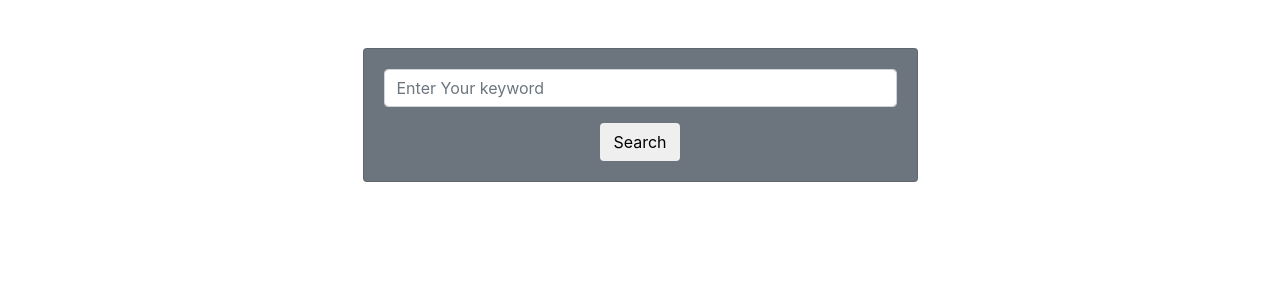
Repository: priyaadya/spring-practice-codes
Page: http://localhost/SearchPageMvc/home
An editor plug-in stored every save of this project. The page is shown before and after the next save, followed by the edit.
The browser window is 1280 px wide. The pictures show the whole page.
Some web libraries are served in a nearby version. The page is served by Tomcat 9.

Above is the page before, as saved 2023-06-04 18:18:00.

### SearchPageMvc/src/main/webapp/WEB-INF/spring-servlet.xml
<?xml version="1.0" encoding="UTF-8"?>
<beans xmlns="http://www.springframework.org/schema/beans"
       xmlns:xsi="http://www.w3.org/2001/XMLSchema-instance"
       xmlns:p="http://www.springframework.org/schema/p"
       xmlns:context="http://www.springframework.org/schema/context"
       xsi:schemaLocation="http://www.springframework.org/schema/beans
            http://www.springframework.org/schema/beans/spring-beans.xsd
            http://www.springframework.org/schema/context
            http://www.springframework.org/schema/context/spring-context-3.0.xsd">



            <context:component-scan base-package="SearchPageMvc"></context:component-scan>

            <bean class="org.springframework.web.servlet.view.InternalResourceViewResolver" name="viewResolver">
            <property name="prefix" value="/WEB-INF/views/"></property>
            <property name="suffix" value=".jsp"></property>
            </bean>


</beans>

### SearchPageMvc/src/main/webapp/WEB-INF/views/home.jsp
<!doctype html>
<html lang="en">
  <head>
    <!-- Required meta tags -->
    <meta charset="utf-8">
    <meta name="viewport" content="width=device-width, initial-scale=1, shrink-to-fit=no">

    <!-- Bootstrap CSS -->
    <link rel="stylesheet" href="https://cdn.jsdelivr.net/npm/bootstrap@4.0.0/dist/css/bootstrap.min.css" integrity="sha384-Gn5384xqQ1aoWXA+058RXPxPg6fy4IWvTNh0E263XmFcJlSAwiGgFAW/dAiS6JXm" crossorigin="anonymous">

    <title>Hello, world!</title>
  </head>
  <body>
 <div class="container">
 <div class="card mx-auto mt-5 bg-secondary" style="width:50%;">
 <div class="card-body">
 <form>
 <div class="form-group">
 <input type="text" name="querybox" placeholder="Enter Your keyword"
 class="form-control">


 </div>
 <div class="container text-center">
 <button class="btn btn-outline-Light">Search</button>

 </div>

 </form>

 </div>

 </div>


 </div>

    <!-- Optional JavaScript -->
    <!-- jQuery first, then Popper.js, then Bootstrap JS -->
    <script src="https://code.jquery.com/jquery-3.2.1.slim.min.js" integrity="sha384-KJ3o2DKtIkvYIK3UENzmM7KCkRr/rE9/Qpg6aAZGJwFDMVNA/GpGFF93hXpG5KkN" crossorigin="anonymous"></script>
    <script src="https://cdn.jsdelivr.net/npm/popper.js@1.12.9/dist/umd/popper.min.js" integrity="sha384-ApNbgh9B+Y1QKtv3Rn7W3mgPxhU9K/ScQsAP7hUibX39j7fakFPskvXusvfa0b4Q" crossorigin="anonymous"></script>
    <script src="https://cdn.jsdelivr.net/npm/bootstrap@4.0.0/dist/js/bootstrap.min.js" integrity="sha384-JZR6Spejh4U02d8jOt6vLEHfe/JQGiRRSQQxSfFWpi1MquVdAyjUar5+76PVCmYl" crossorigin="anonymous"></script>
  </body>
</html>
</html>

### SearchPageMvc/src/main/java/SearchPageMvc/SearchController.java
package SearchPageMvc;

import org.springframework.stereotype.Controller;
import org.springframework.web.bind.annotation.RequestMapping;

@Controller
public class SearchController {

	@RequestMapping("/home")
	public String home() {

		System.out.println("going to home page");
		return "home";

	}



}

After the next save:
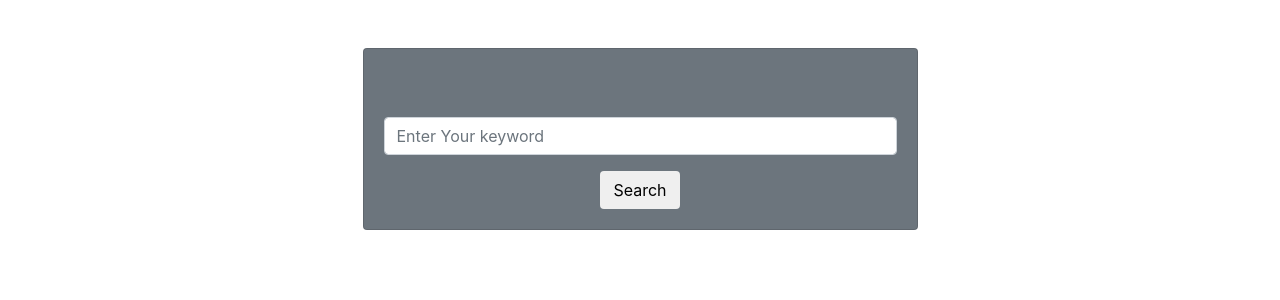
Saved 31 s later.
--- a/SearchPageMvc/src/main/webapp/WEB-INF/views/home.jsp
+++ b/SearchPageMvc/src/main/webapp/WEB-INF/views/home.jsp
@@ -14,7 +14,7 @@
  <div class="container">
  <div class="card mx-auto mt-5 bg-secondary" style="width:50%;">
  <div class="card-body">
- <form>
+ <form class="mt-5">
  <div class="form-group">
  <input type="text" name="querybox" placeholder="Enter Your keyword"
  class="form-control">
